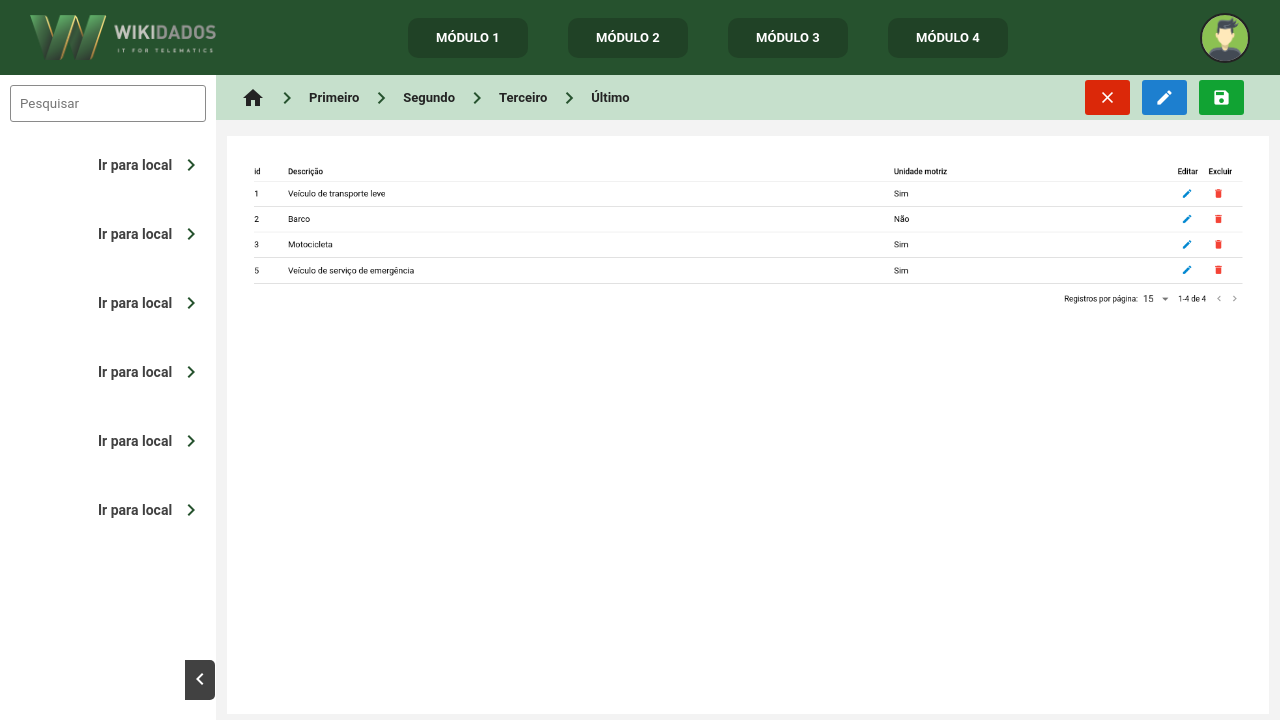
Repository: AlexDjon/alexdjon.github.io
Page: wiki-relayout/index.html
These files come from the project's save history. The page is drawn as it stood at one moment and after the next save; the edit follows.
The browser window is 1280 px wide. The pictures show the whole page.
Some web fonts or font styles are not loaded; a fallback is used.

Above is the page before, as saved 2020-08-12 17:25:49.

After the next save:
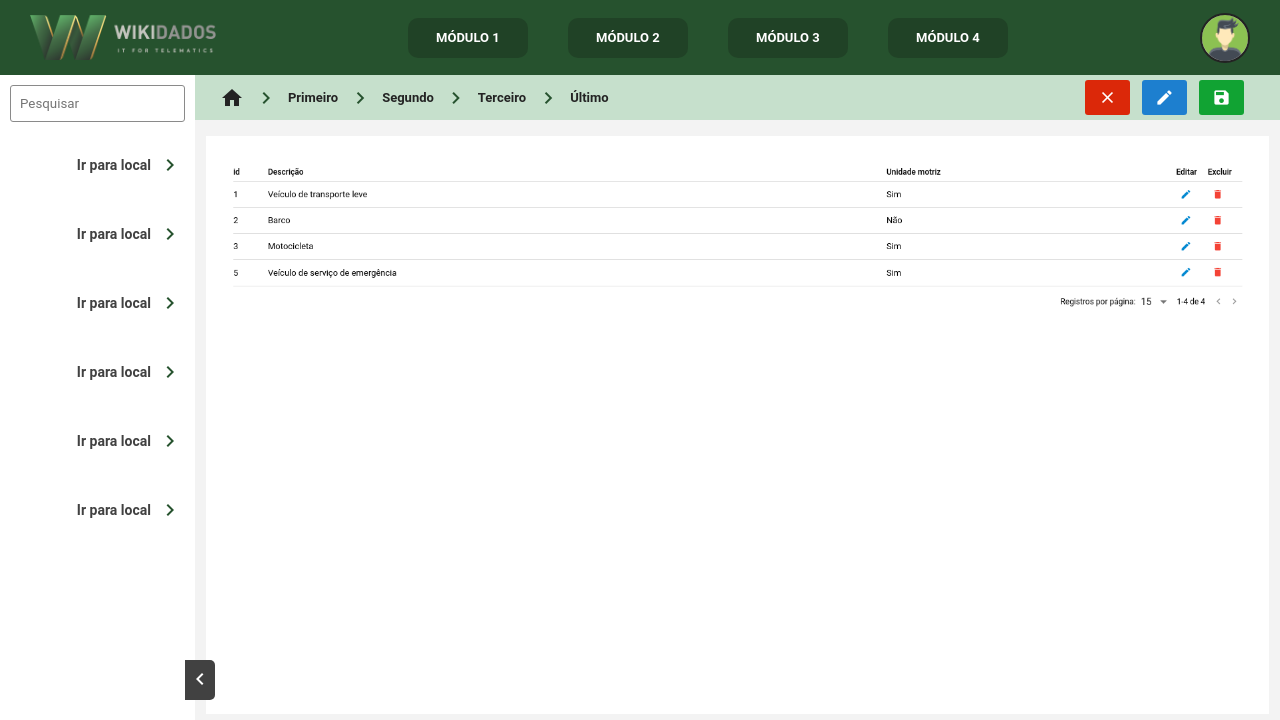
Saved 14 s later.
--- a/wiki-relayout/css/styles.css
+++ b/wiki-relayout/css/styles.css
@@ -113,7 +113,7 @@ body {
 
 /* NAVBAR */
 .navbar {
-  width: 260px;
+  width: 230px;
   height: calc(100vh - var(--cabecalhoY));
   background: var(--white);
   /* border-bottom: solid 20px var(--verdeW); */
